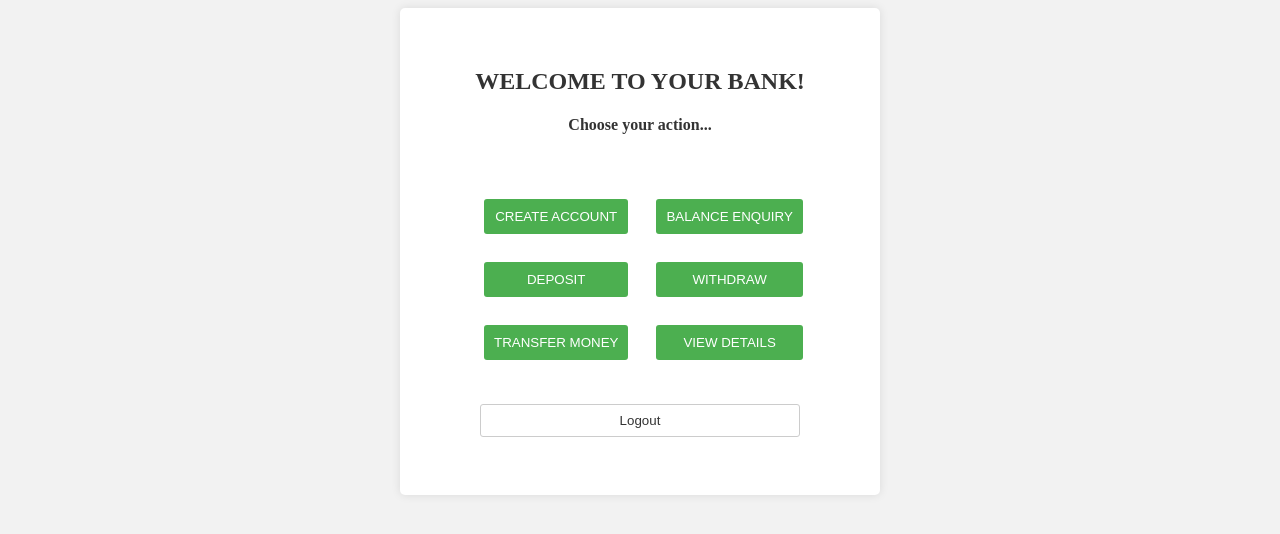
Repository: mansistic-0n3/Java_IGT
Page: Java Project/BankServlet/src/main/webapp/Home.html
These files come from the project's save history. The page is drawn as it stood at one moment and after the next save; the edit follows.
The browser window is 1280 px wide. The pictures show the whole page.

Above is the page before, as saved 2023-07-03 06:11:53.

### Java Project/BankServlet/src/main/webapp/Home.html
<!DOCTYPE html>
<html>
<head>
  <title>BANK</title>
  <style>
 .button{
  width: 100%;
  padding: 10px;
  border-radius: 3px;
  border: none;
  background-color: #4CAF50;
  color: #ffffff;
  cursor: pointer;
 }
 .button:hover {
      transform: scale(1.3);
    }
  </style>
</head>
<body style="background-color: #f2f2f2; text-align:center;">
<div style="max-width: 400px; margin: 0 auto; padding: 40px; background-color: #ffffff; border-radius: 5px; box-shadow: 0 0 10px rgba(0, 0, 0, 0.1);">
 <h2 style="text-align: center; color: #333333;">WELCOME TO YOUR BANK!</h2>
 <h4 style="text-align: center; color: #333333;">Choose your action...</h4>
  <div style="display: grid; grid-template-columns: repeat(2, 1fr); gap: 20px; max-width: 400px; margin: 0 auto; padding: 40px;">
   <form action="create.html"> <div style="text-align: center;padding:4px;">
      <input type="submit" value = "CREATE ACCOUNT" class="button">
    </div></form>
    <form action="Bal.html"> <div style="text-align: center;padding:4px;">
      <input type="submit" value = "BALANCE ENQUIRY" class="button">
    </div></form>
   <form action="Deposit.html"> <div style="text-align: center;padding:4px;">
      <input type="submit" value = "DEPOSIT" class="button">
    </div></form>
    <form action="Withdraw.html"> <div style="text-align: center; padding:4px;">
      <input type="submit" value = "WITHDRAW" class="button">
    </div></form>
     <form action="transfer.html"> <div style="text-align: center; padding:4px;">
      <input type="submit" value = "TRANSFER MONEY" class="button">
    </div></form>
    <form action="detail.html"> <div style="text-align: center; padding:4px;">
      <input type="submit" value = "VIEW DETAILS" class="button">
    </div></form>
  </div>

      <form action="login.html">
        <input type="submit" value="Logout" style="width: 80%; padding: 8px; border-radius: 3px; border: 1px solid #cccccc; background-color: #ffffff; color: #333333; cursor: pointer;">
      <br><br></form></div>
</body>
</html>

After the next save:
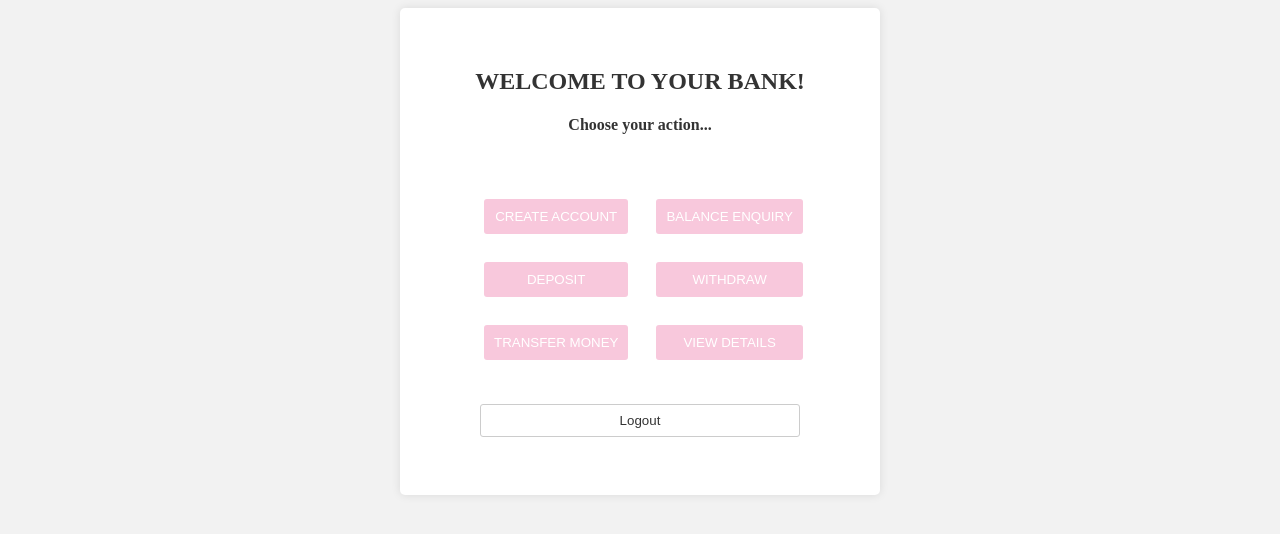
Saved 63 s later.
--- a/Java Project/BankServlet/src/main/webapp/Home.html
+++ b/Java Project/BankServlet/src/main/webapp/Home.html
@@ -8,12 +8,12 @@
   padding: 10px;
   border-radius: 3px;
   border: none;
-  background-color: #4CAF50;
+  background-color: #F8C8DC;
   color: #ffffff;
   cursor: pointer;
  }
  .button:hover {
-      transform: scale(1.3);
+      transform: scale(1.2);
     }
   </style>
 </head>
